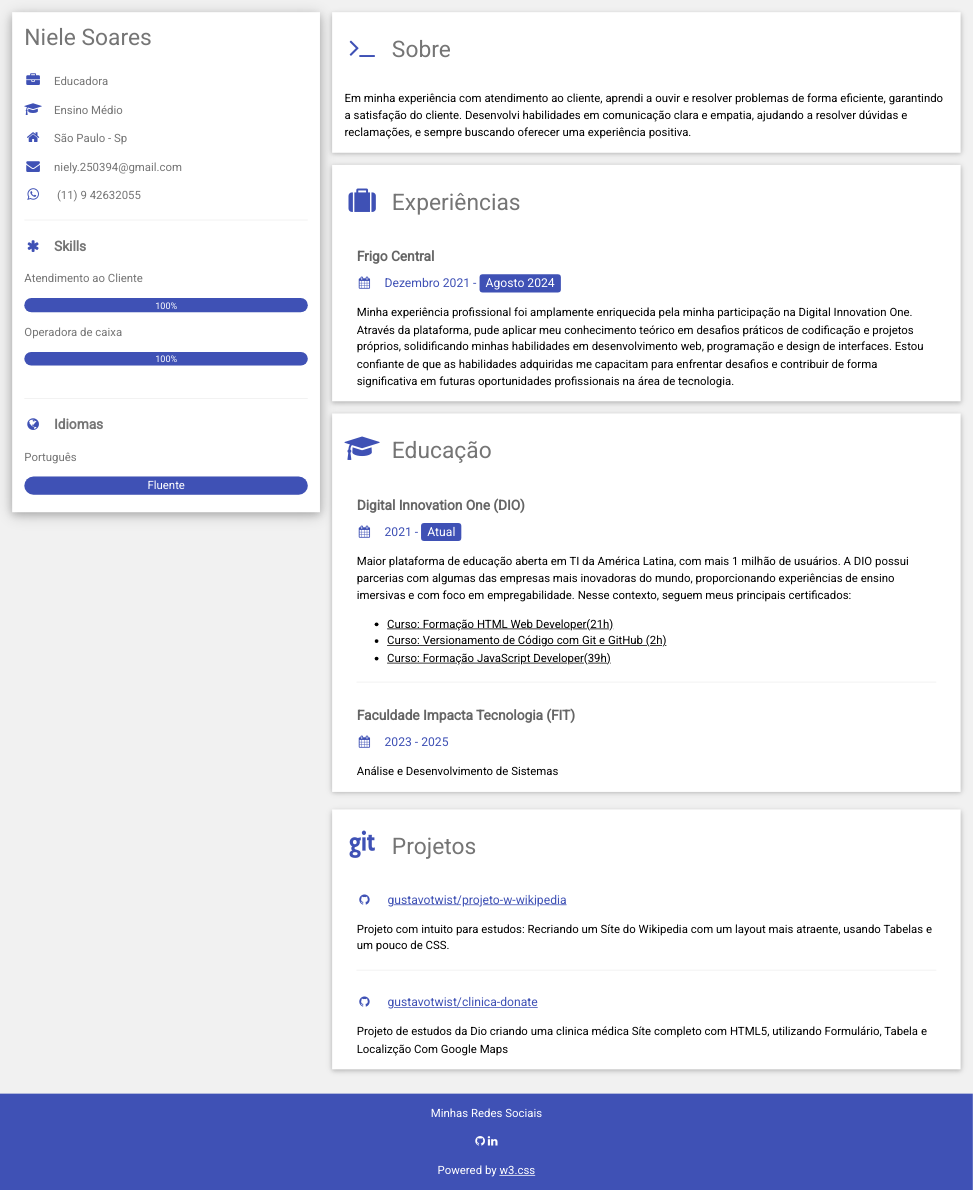
Repository: gustavotwist/cv2
Page: index.html
The author's editor kept a copy of each file at every save. The page is drawn from the files as they stood at one save, then again after the next save.
The browser window is 1280 px wide. The pictures show the whole page, at 76% of full size.

Above is the page before, as saved 2024-08-23 17:28:02.

After the next save:
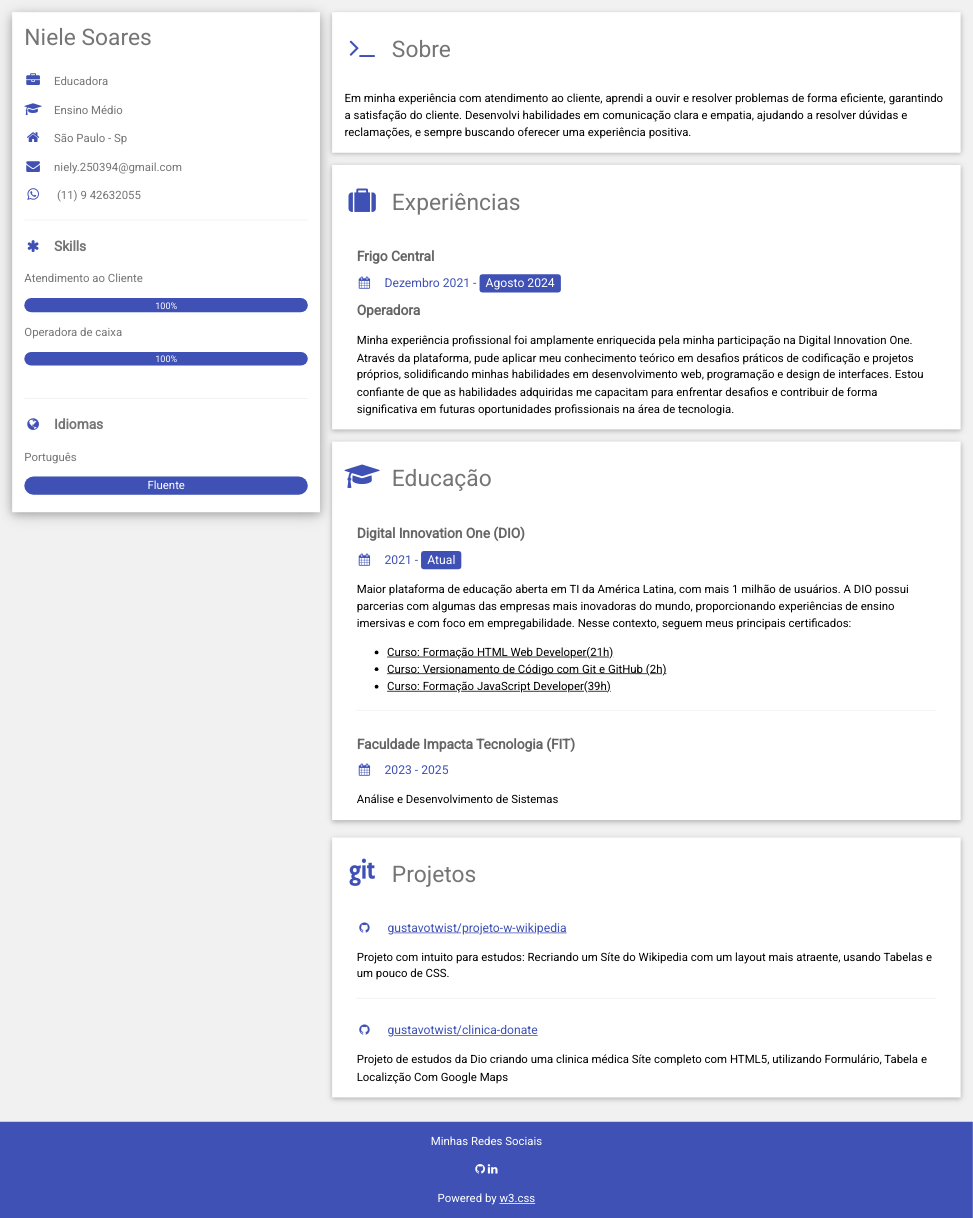
Saved 5 s later.
--- a/index.html
+++ b/index.html
@@ -85,7 +85,7 @@
             <div class="w3-container">
               <h5 class="w3-opacity"><b>Frigo Central</b></h5>
                 <h6 class="w3-text-indigo"><i class="fa fa-calendar fa-fw w3-margin-right"></i>Dezembro 2021 - <span class="w3-tag w3-indigo w3-round">Agosto 2024</span></h6>
-                <h5 class="w3-opacity"><b></b></h5>
+                <h5 class="w3-opacity"><b>Operadora </b></h5>
                 <p>
                     Minha experiência profissional foi amplamente enriquecida pela minha participação na Digital Innovation One. Através da plataforma, pude aplicar meu conhecimento teórico em desafios práticos de codificação e projetos próprios, solidificando minhas habilidades em desenvolvimento web, programação e design de interfaces. Estou confiante de que as habilidades adquiridas me capacitam para enfrentar desafios e contribuir de forma significativa em futuras oportunidades profissionais na área de tecnologia.
                 </p>
